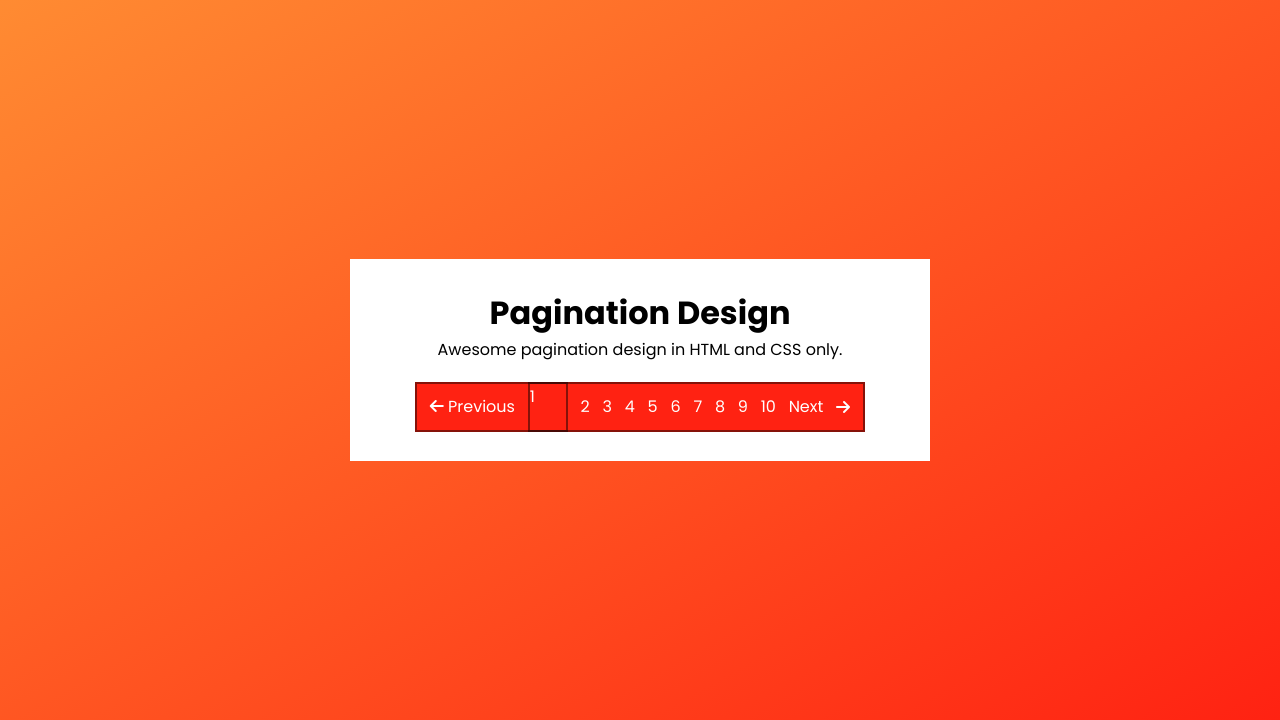
Repository: Ankitkr2021/Awesome-Pagination
Page: index.html
An editor plug-in stored every save of this project. The page is shown before and after the next save, followed by the edit.
The browser window is 1280 px wide. The pictures show the whole page.

Above is the page before, as saved 2025-10-02 09:08:42.

After the next save:
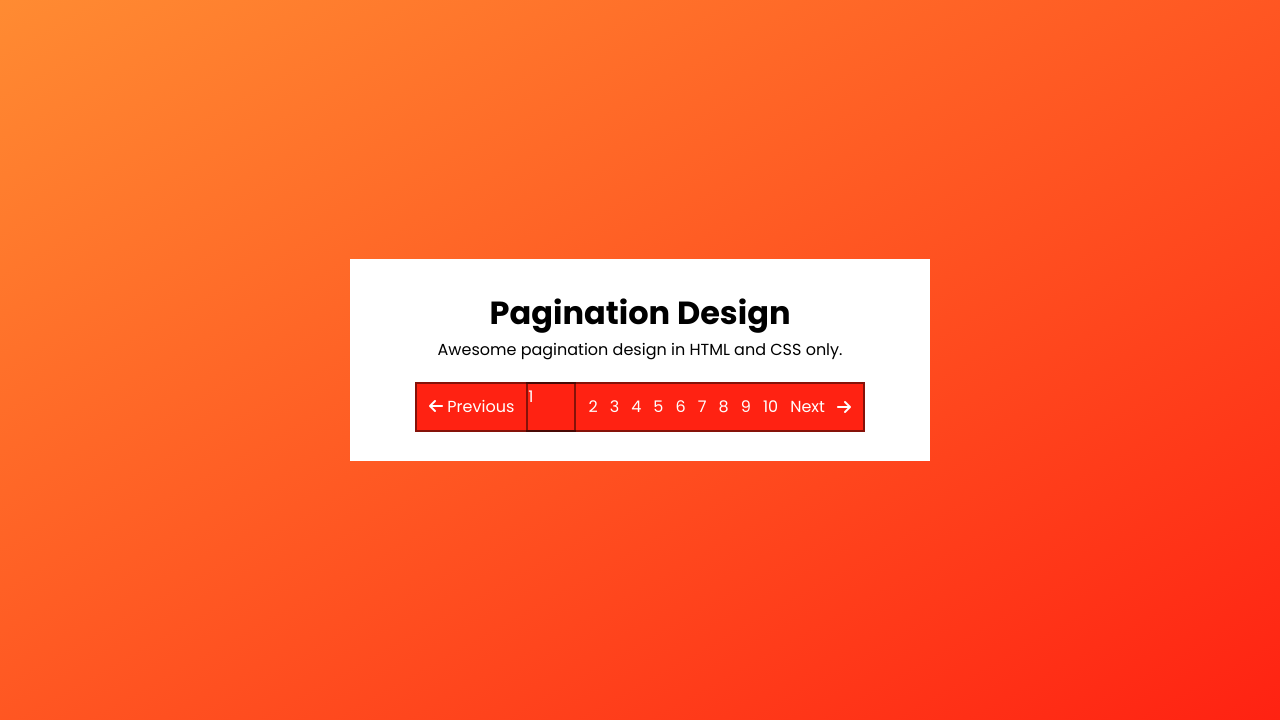
Saved 4 s later.
--- a/index.html
+++ b/index.html
@@ -13,7 +13,7 @@
         <p>Awesome pagination design in HTML and CSS only.</p>
         <div class="box">
              <div><i class="fas fa-arrow-left"></i> Previous</div>
-            <div style="width: 40px;height: 50px; border: 2px solid rgba(0, 0, 0, 0.475);">1</div>
+            <div style="width: 50px;height: 50px; border: 2px solid rgba(0, 0, 0, 0.475);">1</div>
             <div>2</div>
             <div>3</div>
             <div>4</div>

After the save that followed:
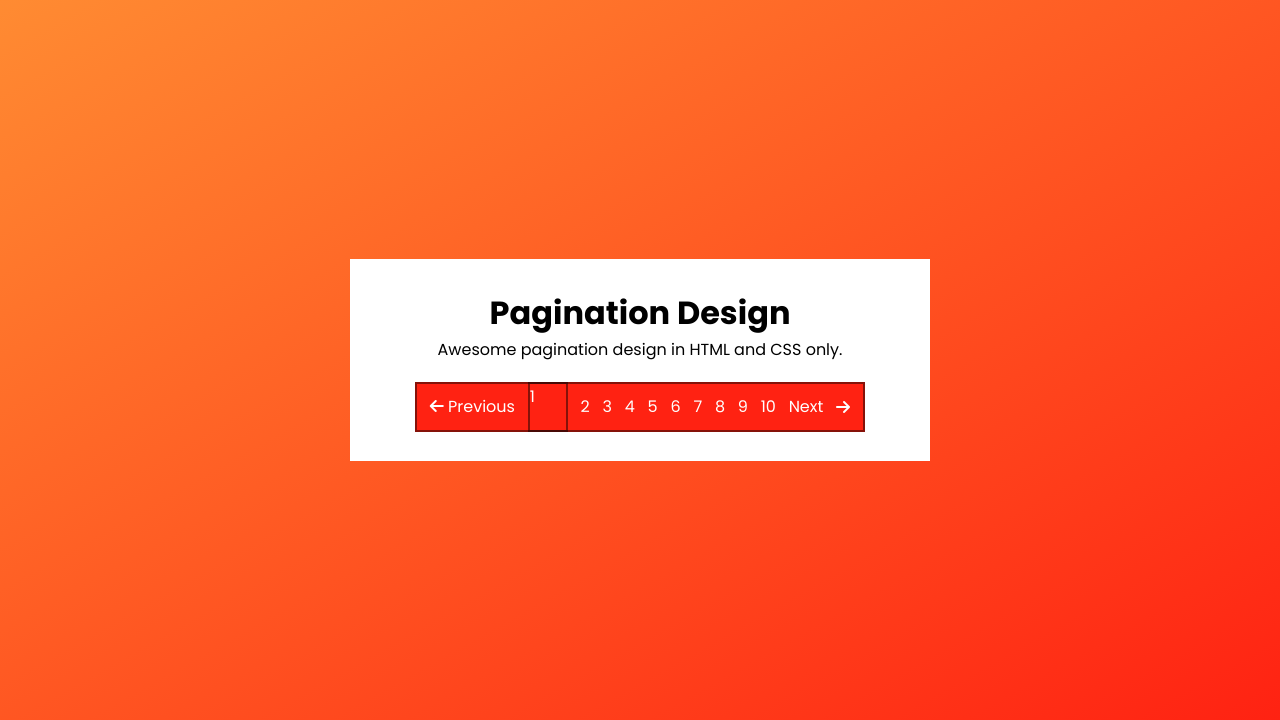
Saved 6 s later.
--- a/index.html
+++ b/index.html
@@ -13,7 +13,7 @@
         <p>Awesome pagination design in HTML and CSS only.</p>
         <div class="box">
              <div><i class="fas fa-arrow-left"></i> Previous</div>
-            <div style="width: 50px;height: 50px; border: 2px solid rgba(0, 0, 0, 0.475);">1</div>
+            <div style="width: 40px;height: 50px; border: 2px solid rgba(0, 0, 0, 0.475);">1</div>
             <div>2</div>
             <div>3</div>
             <div>4</div>
